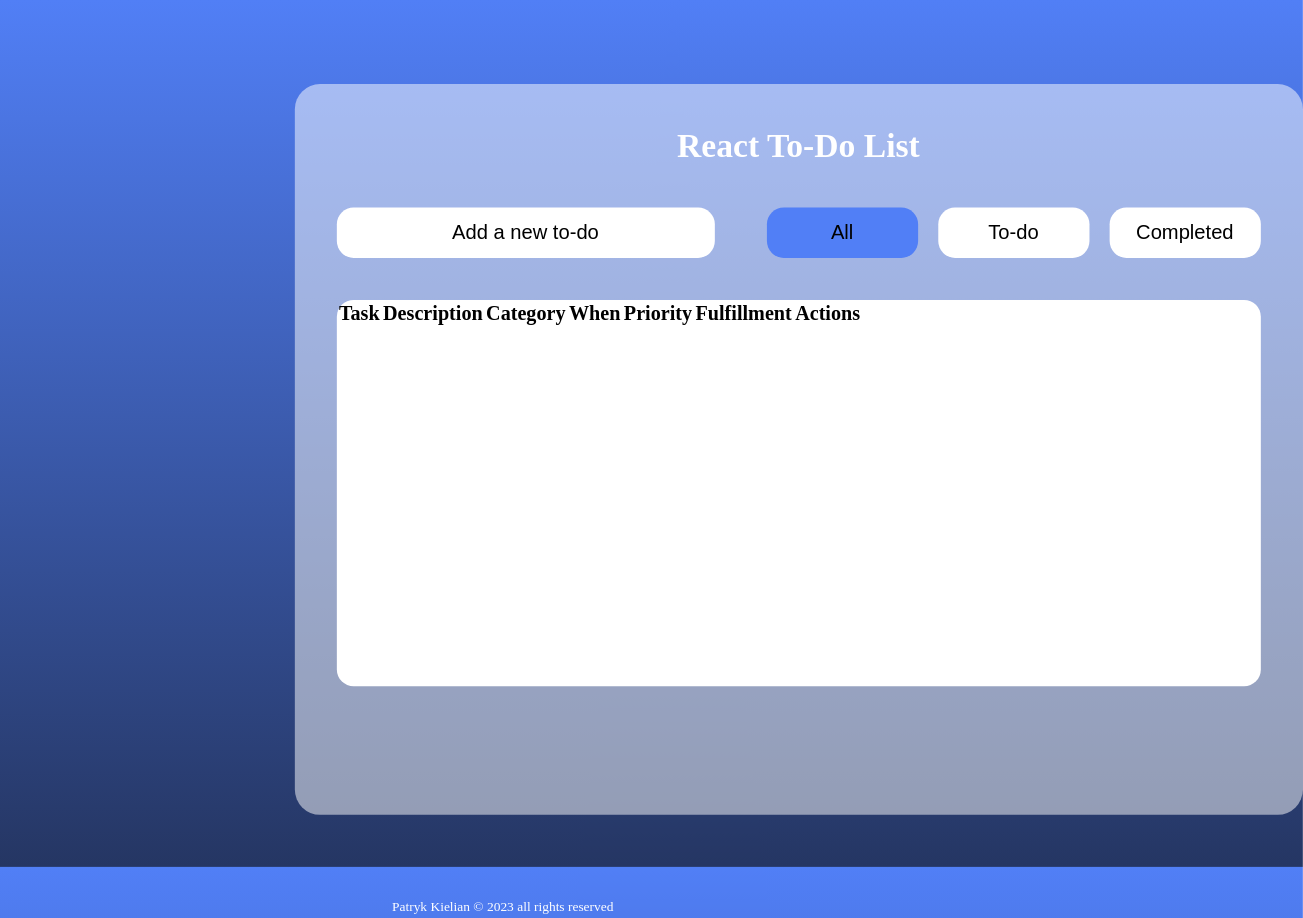
Repository: mirajane2/maquette-todo
Page: index.html
The author's editor kept a copy of each file at every save. The page is drawn from the files as they stood at one save, then again after the next save.
The browser window is 1280 px wide. The page is 1551 px wide, then 1280 px, then 1551 px, so the pictures cover 1551 px, including what lies to the right of the window. The pictures show the whole page, at 84% of full size.
The page's requests for data from a server got no answer.

Above is the page before, as saved 2024-11-18 10:56:23.

After the next save:
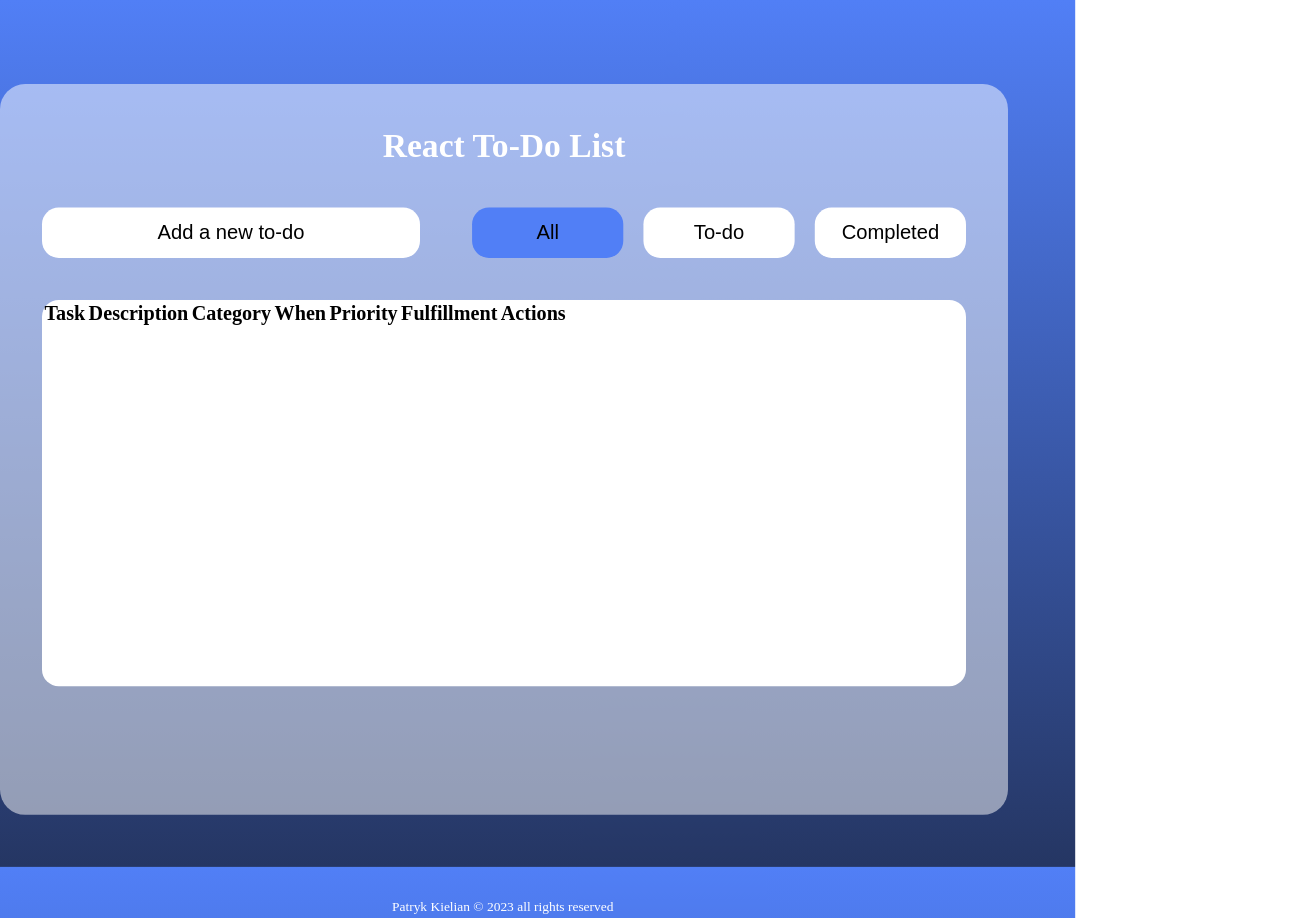
Saved 2 min 52 s later.
--- a/index.css
+++ b/index.css
@@ -17,7 +17,7 @@
     height: 770px;
     background-color: #FFFFFF80;
     border-radius: 30px;
-    margin: 100px 350.500px;
+    margin: 100px auto;
     padding: 50px;
 }
 .titre{

After the save that followed:
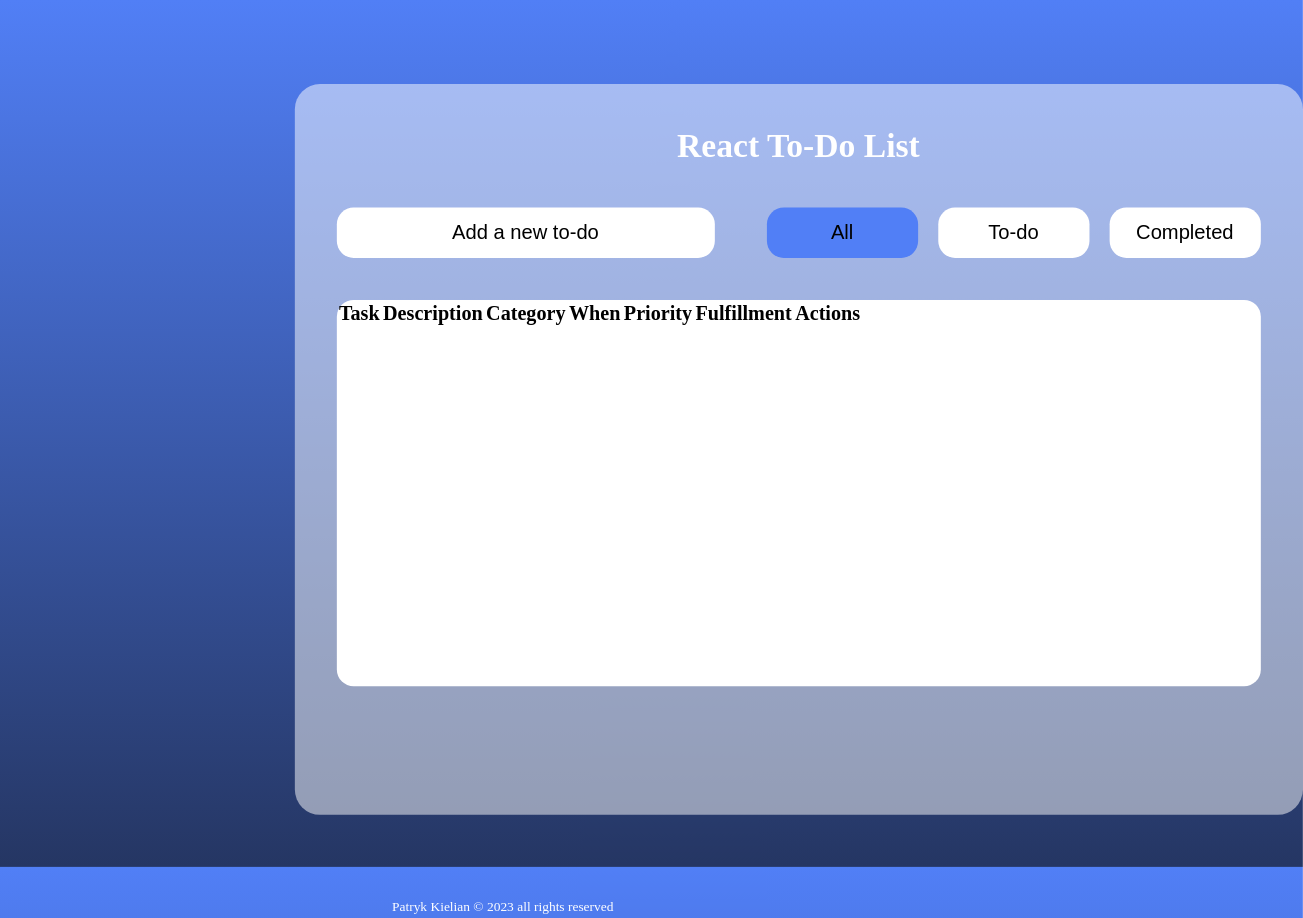
Saved 19 s later.
--- a/index.css
+++ b/index.css
@@ -17,7 +17,7 @@
     height: 770px;
     background-color: #FFFFFF80;
     border-radius: 30px;
-    margin: 100px auto;
+    margin: 100px 350.500px;
     padding: 50px;
 }
 .titre{
